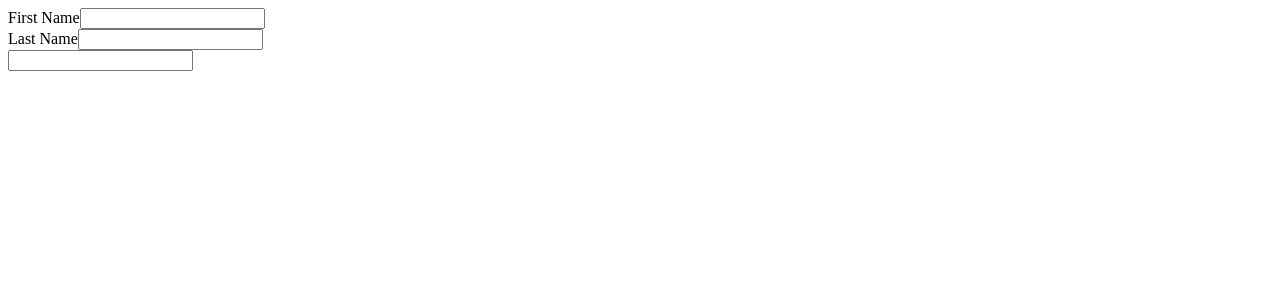
Repository: nosranijuned/WebRegister
Page: FirstWebProject/WebContent/Index.html
An editor plug-in stored every save of this project. The page is shown before and after the next save, followed by the edit.
The browser window is 1280 px wide. The pictures show the whole page.

Above is the page before, as saved 2019-03-08 04:56:54.

After the next save:
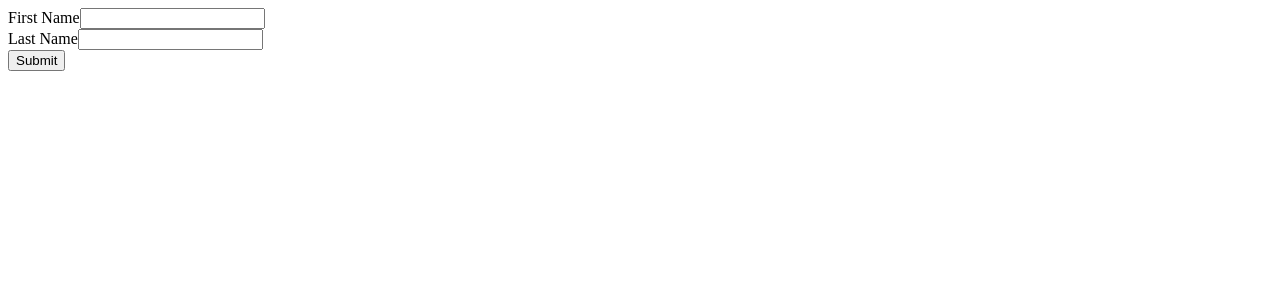
Saved 22 s later.
--- a/FirstWebProject/WebContent/Index.html
+++ b/FirstWebProject/WebContent/Index.html
@@ -8,7 +8,7 @@
 	<form action="">
 		First Name<input type = "text" name = "fname"><br>
 		Last Name<input type="text" name="lname"><br>
-		<input>
+		<input type="submit" value="Submit">
 	</form>
 </body>
 </html>
